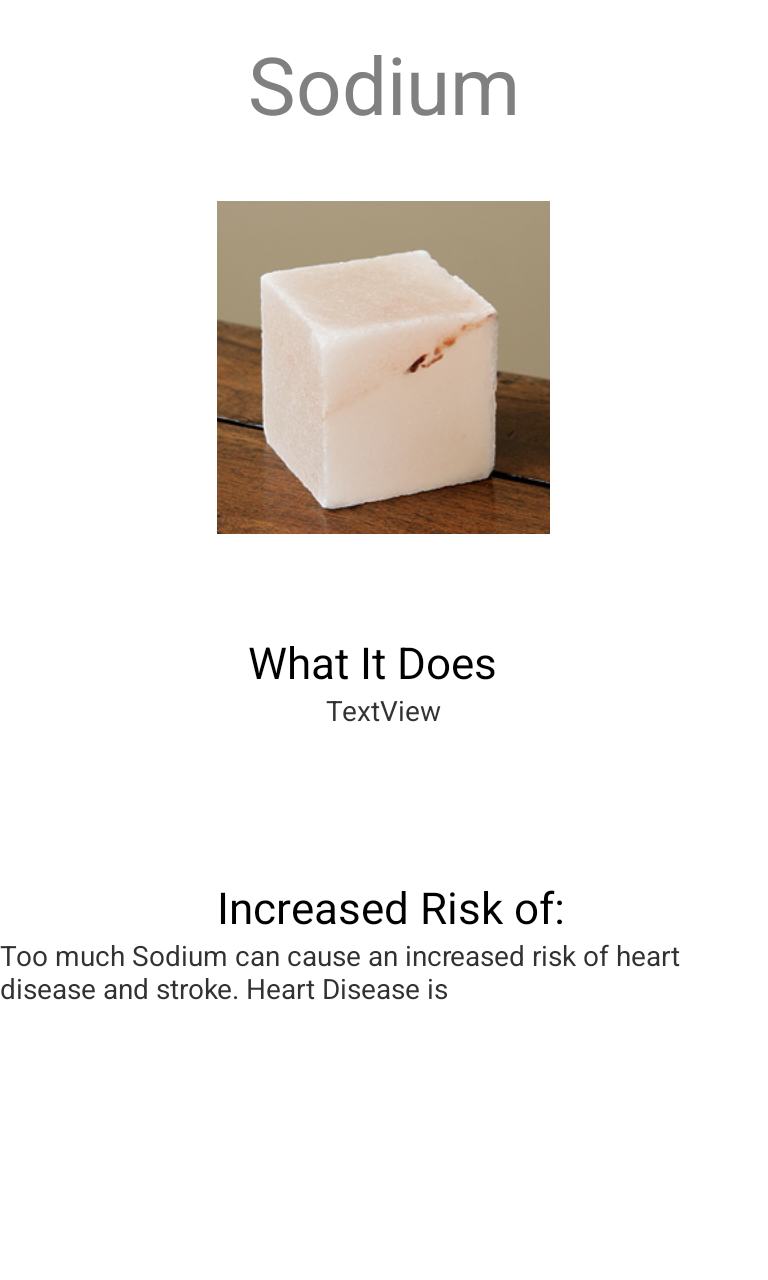
Repository: sehmon/workspace-eclipse
Layout: WhatAmIEating/res/layout/activity_detail.xml
These files come from the project's save history. The layout is drawn as it stood at one moment and after the next save; the edit follows.
It is drawn on a 768 x 1280 px phone screen (xhdpi) without system bars, with theme android:Theme.Holo.Light.NoActionBar.Fullscreen; the app's code is not run.

Above is the layout before, as saved 2014-04-13 16:12:08.

### WhatAmIEating/res/layout/activity_detail.xml
<RelativeLayout xmlns:android="http://schemas.android.com/apk/res/android"
    xmlns:tools="http://schemas.android.com/tools"
    android:id="@+id/container"
    android:layout_width="match_parent"
    android:layout_height="match_parent"
    android:orientation="vertical" >

    <TextView
        android:id="@+id/textView2"
        android:layout_width="wrap_content"
        android:layout_height="wrap_content"
        android:layout_alignParentTop="true"
        android:layout_centerHorizontal="true"
        android:layout_marginTop="15dp"
        android:text="Sodium"
        android:textAppearance="?android:attr/textAppearanceLarge"
        android:textColor="#808080"
        android:textSize="40dp" />

    <ImageView
        android:id="@+id/imageView1"
        android:layout_width="wrap_content"
        android:layout_height="wrap_content"
        android:layout_below="@+id/textView2"
        android:layout_centerHorizontal="true"
        android:layout_marginTop="32dp"
        android:src="@drawable/salt" />

    <TextView
        android:id="@+id/textView4"
        android:layout_width="wrap_content"
        android:layout_height="wrap_content"
        android:layout_alignLeft="@+id/imageView1"
        android:layout_below="@+id/textView3"
        android:layout_marginTop="74dp"
        android:text="Increased Risk of:"
        android:textAppearance="?android:attr/textAppearanceLarge" />

    <TextView
        android:id="@+id/textView5"
        android:layout_width="wrap_content"
        android:layout_height="wrap_content"
        android:layout_alignParentLeft="true"
        android:layout_below="@+id/textView4"
        android:text="Too much Sodium can cause an increased risk of heart disease and stroke. Heart Disease is" />

    <TextView
        android:id="@+id/textView1"
        android:layout_width="wrap_content"
        android:layout_height="wrap_content"
        android:layout_alignLeft="@+id/textView2"
        android:layout_below="@+id/imageView1"
        android:layout_marginTop="49dp"
        android:text="What It Does"
        android:textAppearance="?android:attr/textAppearanceLarge" />

    <TextView
        android:id="@+id/textView3"
        android:layout_width="wrap_content"
        android:layout_height="wrap_content"
        android:layout_below="@+id/textView1"
        android:layout_centerHorizontal="true"
        android:text="TextView" />

</RelativeLayout>

After the next save:
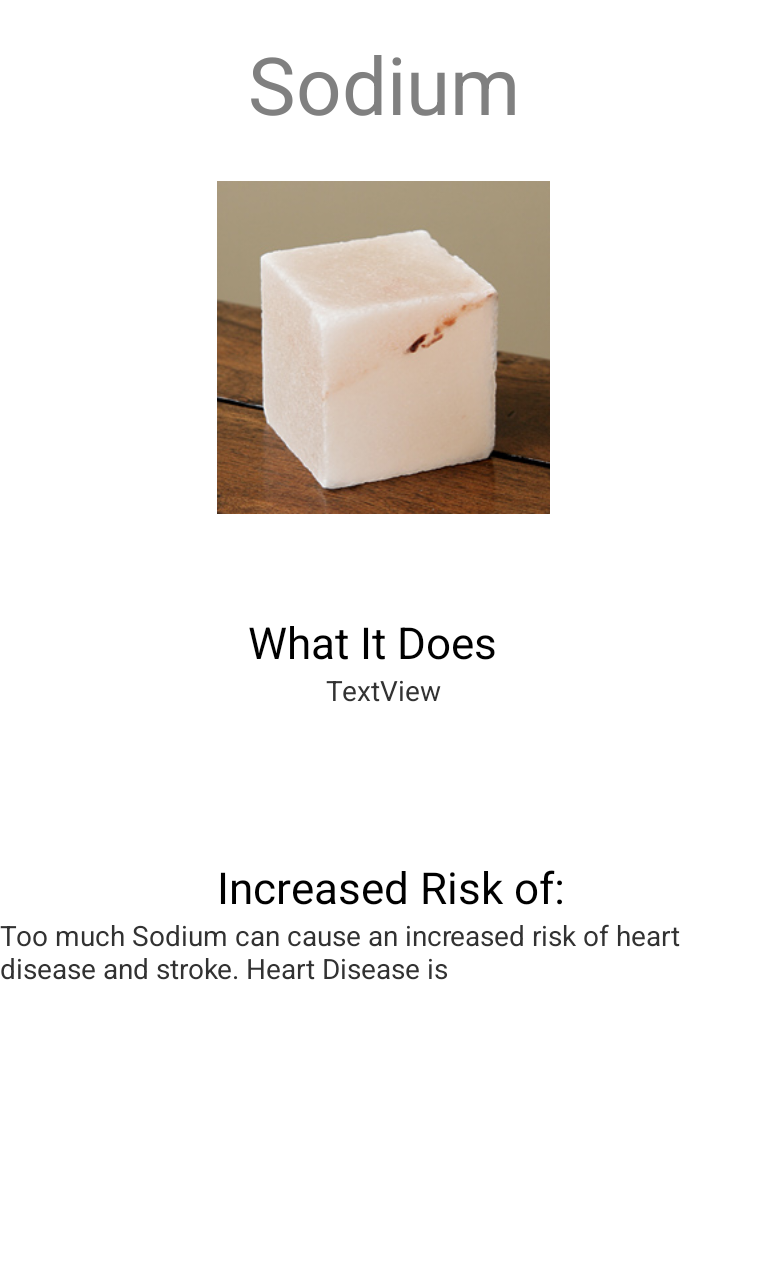
Saved 46 s later.
--- a/WhatAmIEating/res/layout/activity_detail.xml
+++ b/WhatAmIEating/res/layout/activity_detail.xml
@@ -16,15 +16,6 @@
         android:textAppearance="?android:attr/textAppearanceLarge"
         android:textColor="#808080"
         android:textSize="40dp" />
-
-    <ImageView
-        android:id="@+id/imageView1"
-        android:layout_width="wrap_content"
-        android:layout_height="wrap_content"
-        android:layout_below="@+id/textView2"
-        android:layout_centerHorizontal="true"
-        android:layout_marginTop="32dp"
-        android:src="@drawable/salt" />
 
     <TextView
         android:id="@+id/textView4"
@@ -62,4 +53,13 @@
         android:layout_centerHorizontal="true"
         android:text="TextView" />
 
+    <ImageView
+        android:id="@+id/imageView1"
+        android:layout_width="wrap_content"
+        android:layout_height="wrap_content"
+        android:layout_below="@+id/textView2"
+        android:layout_centerHorizontal="true"
+        android:layout_marginTop="22dp"
+        android:src="@drawable/salt" />
+
 </RelativeLayout>
